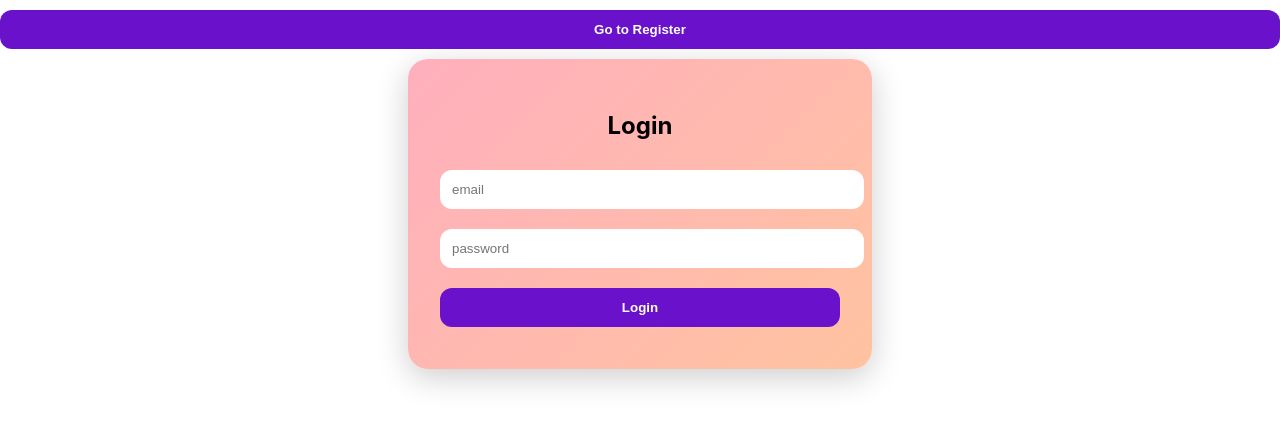
Repository: aab232/https---github.com-aab232-Deferred-Payment-Platform
Page: / (app in frontend/)
An editor plug-in stored every save of this project. The page is shown before and after the next save, followed by the edit.
The browser window is 1280 px wide. The pictures show the whole page.
The project was rebuilt for these pictures with package versions that can differ from the ones it lists, and the page was loaded fresh each time. Also part of the build but not shown: frontend/src/components/Register.js.

Above is the page before, as saved 2025-03-14 01:12:43.

### frontend/src/App.js
import React, { useState } from "react";
import Register from "./components/Register";
import Login from "./components/Login";

const App = () => {
    const [showLogin, setShowLogin] = useState(true);

    return (
        <div>
            <button onClick={() => setShowLogin(!showLogin)}>
                {showLogin ? "Go to Register" : "Go to Login"}
            </button>
            {showLogin ? <Login /> : <Register />}
        </div>
    );
};

export default App;

### frontend/src/components/Login.js
import React, { useState } from "react";
import axios from "axios";
import "./Login.css"; // Import the CSS for Login page

const Login = () => {
    const [formData, setFormData] = useState({
        email: "",
        password: "",
    });

    const handleChange = (e) => {
        setFormData({ ...formData, [e.target.name]: e.target.value });
    };

    const handleSubmit = async (e) => {
        e.preventDefault();
        try {
            const response = await axios.post("http://localhost:5000/login", formData);
            alert(response.data.message);
        } catch (error) {
            alert(error.response?.data.message || "Login failed.");
        }
    };

    return (
        <div className="container">
            <h2>Login</h2>
            <form onSubmit={handleSubmit}>
                {Object.keys(formData).map((field) => (
                    <input
                        key={field}
                        type={field === "password" ? "password" : "text"}
                        name={field}
                        placeholder={field}
                        value={formData[field]}
                        onChange={handleChange}
                        required
                    />
                ))}
                <button type="submit">Login</button>
            </form>
        </div>
    );
};

export default Login;

### frontend/src/components/Register.css
/* Styling for the Registration Form */
.form-container {
    max-width: 400px;
    margin: auto;
    padding: 2rem;
    background: linear-gradient(135deg, #ffafbd, #ffc3a0);
    border-radius: 20px;
    box-shadow: 0 8px 32px rgba(0, 0, 0, 0.2);
    text-align: center;
  }

  input, button {
    margin: 10px 0;
    padding: 12px;
    width: 100%;
    border-radius: 12px;
    border: none;
  }

  button {
    background-color: #6a11cb;
    color: white;
    font-weight: bold;
    cursor: pointer;
  }

  p {
    cursor: pointer;
    color: #6a11cb;
  }

### frontend/src/components/Login.css
/* Styling for the Login Form */
.container {
    max-width: 400px;
    margin: auto;
    padding: 2rem;
    background: linear-gradient(135deg, #ffafbd, #ffc3a0);
    border-radius: 20px;
    box-shadow: 0 8px 32px rgba(0, 0, 0, 0.2);
    text-align: center;
  }

  input, button {
    margin: 10px 0;
    padding: 12px;
    width: 100%;
    border-radius: 12px;
    border: none;
  }

  button {
    background-color: #6a11cb;
    color: white;
    font-weight: bold;
    cursor: pointer;
  }

  p {
    cursor: pointer;
    color: #6a11cb;
  }

Loaded but not shown: frontend/public/index.html (common file); frontend/src/index.js (common file); frontend/src/index.css (common file); frontend/src/reportWebVitals.js (common file)

After the next save:
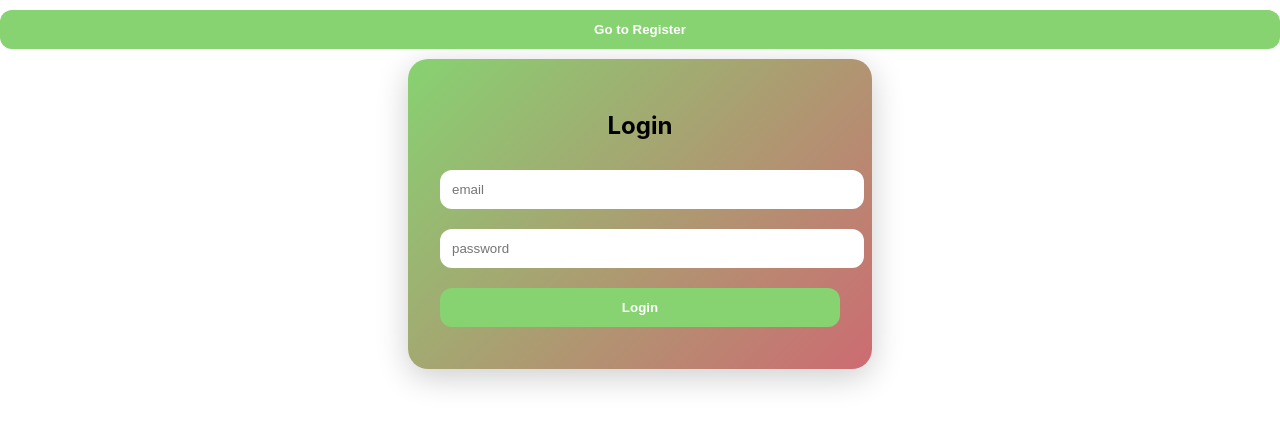
Saved 4 min 37 s later.
--- a/frontend/src/components/Login.css
+++ b/frontend/src/components/Login.css
@@ -3,7 +3,7 @@
     max-width: 400px;
     margin: auto;
     padding: 2rem;
-    background: linear-gradient(135deg, #ffafbd, #ffc3a0);
+    background: linear-gradient(135deg, #87D271, #CD6B72);
     border-radius: 20px;
     box-shadow: 0 8px 32px rgba(0, 0, 0, 0.2);
     text-align: center;
@@ -18,7 +18,7 @@
   }
 
   button {
-    background-color: #6a11cb;
+    background-color: #87D271;
     color: white;
     font-weight: bold;
     cursor: pointer;
@@ -26,5 +26,5 @@
 
   p {
     cursor: pointer;
-    color: #6a11cb;
+    color: #87D271;
   }
